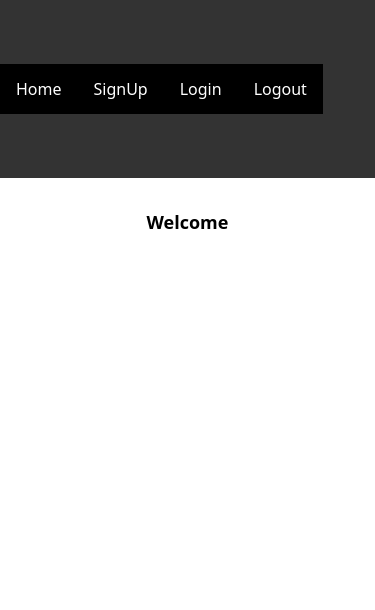
Repository: Ndifoinhilary/authentication
Page: http://localhost/
An editor plug-in stored every save of this project. The page is shown before and after the next save, followed by the edit.
The browser window is 375 px wide. The pictures show the whole page.
The page is served by the project's application, run on Django 3.2 (manage.py). Other server files are loaded and not shown.

Above is the page before, as saved 2024-01-03 10:34:08.

### Auth/templates/home.html
{% load static %}
<!DOCTYPE html>
<html lang="en">
<head>
    <meta charset="UTF-8">
    <meta name="viewport" content="width=device-width, initial-scale=1.0">
    <link rel="stylesheet" href="{% static 'css/home.css' %}">
    <title>Home</title>
</head>
<body>
    <nav class="navbar">
        <a href="#">Home</a>
        <a href="#">SignUp</a>
        <a href="#">Login</a>
        <a href="#">Logout</a>
    </nav>
    <div class="center">

        {% if user.is_authenticated %}
            <h1> Welcome {user.email}  </h1>
            {% else %}
            <h1> Welcome   </h1>
        {% endif %}

    </div>
</body>
</html>

### Auth/views.py
# pylint: disable=unused-argument
from django.shortcuts import render, redirect
from django.contrib import messages
from django.contrib.auth import authenticate, login
from Auth.forms import RegistrationForm

# Create your views here.


def homePage(request):
    user = request.user
    return render(request, "home.html", {"user": user})


def registerUser(request):
    form = RegistrationForm()

    if request.method == "POST":
        form = RegistrationForm(request.POST)
        if form.is_valid():
            user = form.save(commit=False)
            user.email = user.email.lower()
            user.save()

            messages.success(request, "Your account has been created successfully")

            if user is not None:
                login(request, user)
                return redirect("home")
        else:
            messages.error(request, "Check your credentials and try again")
    return render(request, "login.html", {"form": form})


def loginUser(request):
    pass


def logoutUser(request):
    pass

### authentication/urls.py
from django.contrib import admin
from django.urls import path, include
from django.conf import settings
from django.conf.urls.static import static

urlpatterns = [path("admin/", admin.site.urls), path("", include("Auth.urls"))]


urlpatterns += static(settings.MEDIA_URL, document_root=settings.MEDIA_ROOT)
urlpatterns += static(settings.STATIC_URL, document_root=settings.MEDIA_ROOT)

### Auth/urls.py
# pylint: disable=trailing-whitespace
from django.urls import path

from . import views


urlpatterns = [
    path("", views.homePage, name="home"),
    path("auth/login/", views.loginUser, name="login"),
    path("auth/register/", views.registerUser, name="register"),
    path("auth/logout/", views.logoutUser, name="logout"),
]

### static/css/home.css
*{
    margin: 0;
    padding: 0;
    box-sizing: border-box;
}

body{
    font-family: system-ui, -apple-system, BlinkMacSystemFont, 'Segoe UI', Roboto, Oxygen, Ubuntu, Cantarell, 'Open Sans', 'Helvetica Neue', sans-serif;
}


a{
 text-decoration: none;
 text-transform: capitalize;
 align-items: center;
 padding: 4rem;
 margin: 4rem auto;
 margin-top: 4rem;
 background: black;
}

h1{
    font-size: large;
    text-transform: capitalize;
    text-align: center;
    margin: 2rem auto;
    clear: both;
}

.navbar {
    background-color: #333; /* Navbar background color */
    overflow: hidden;
}

.navbar a {
    float: left;
    display: block;
    color: white;
    text-align: center;
    padding: 14px 16px;
    text-decoration: none;
}

.navbar a:hover {
    background-color: #ddd; /* Hover color */
    color: black;
}

After the next save:
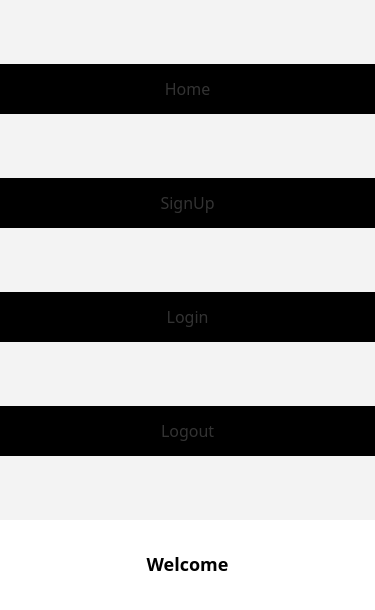
Saved 2 min 1 s later.
--- a/static/css/home.css
+++ b/static/css/home.css
@@ -27,21 +27,31 @@ h1{
     clear: both;
 }
 
+
 .navbar {
-    background-color: #333; /* Navbar background color */
+    background-color: #f3f3f3; /* Light grayish color */
     overflow: hidden;
+    text-align: center;
 }
 
 .navbar a {
-    float: left;
-    display: block;
-    color: white;
+    display: inline-block;
+    color: #333; /* Dark grayish color */
     text-align: center;
     padding: 14px 16px;
     text-decoration: none;
+    transition: background-color 0.3s;
 }
 
 .navbar a:hover {
     background-color: #ddd; /* Hover color */
     color: black;
 }
+
+@media screen and (max-width: 600px) {
+    .navbar a {
+        display: block;
+        width: 100%;
+        text-align: center;
+    }
+}
